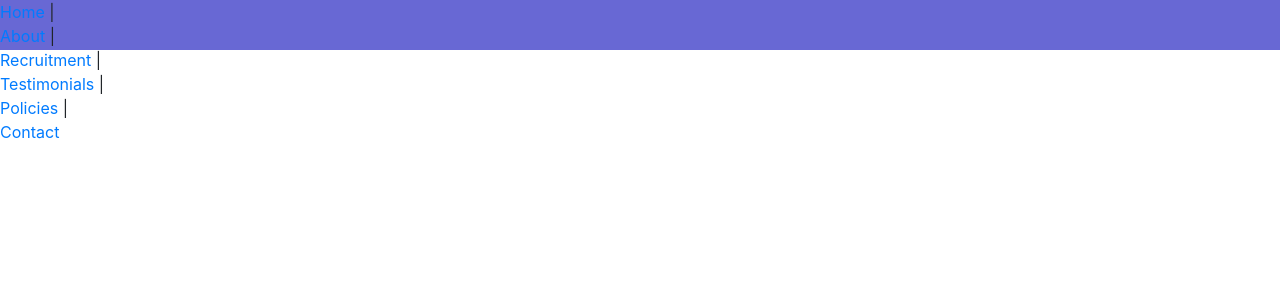
Repository: cerebrium/website
Page: /contact
These files come from the project's save history. The page is drawn as it stood at one moment and after the next save; the edit follows.
The browser window is 1280 px wide. The pictures show the whole page.
The project was rebuilt for these pictures with package versions that can differ from the ones it lists, and the page was loaded fresh each time. Also part of the build but not shown: src/Routes/About.jsx, src/Routes/Recruitment.jsx, src/Routes/Testimonials.jsx, src/Routes/Policies.jsx, src/Routes/Home.jsx.

Above is the page before, as saved 2019-11-02 12:26:02.

### src/App.jsx
import React from 'react';
import './styles/App.css'
import {
  BrowserRouter as Router,
  Route,
  Link
} from 'react-router-dom';
import About from './Routes/About'
import Recruitment from './Routes/Recruitment'
import Testimonials from './Routes/Testimonials'
import Policies from './Routes/Policies'
import Home from './Routes/Home'
import Contact from './Routes/Contact'

class App extends React.Component {
  render () {
    return (
      <Router>
        <div className='mainContainer'>
          <div className='navContainer'>
            <nav><div><Link to='/' >Home</Link> | </div><div><Link to='/about' >About</Link> | </div><div><Link to='/recruitment' >Recruitment</Link> | </div><div><Link to='/testimonials' >Testimonials</Link> | </div><div><Link to='/policies' >Policies</Link> | </div><div><Link to='/contact'>Contact</Link></div></nav>
          </div>
          <Route exact path='/' component={Home}/>
          <Route exact path='/about' component={About}/>
          <Route exact path='/recruitment' component={Recruitment}/>
          <Route exact path='/testimonials' component={Testimonials}/>
          <Route exact path='/policies' component={Policies}/>
          <Route exact path='/contact' component={Contact}/>
        </div>
      </Router>
    )
  }
}

export default App;

### src/styles/App.css

/***************************** MAIN APP STYLING ******************************/

.App {
  text-align: center;
}

.mainContainer {
  min-width: 100vw;
}

.navContainer {
  display: flex;
  flex-flow: row;
  justify-content: center;
  position: fixed; /* Make it stick, even on scroll */
  width: 100%;
  height: 100%;
  margin: 0;
  padding: 0;

}

nav {
  background-color: rgb(104, 104, 212);
  height: 7%; /* Full height */
  width: 100%;
  display: flex;
  flex-flow: row;
  justify-content: center;
}

/***************************** HOME APP STYLING ******************************/
.rowCentering {
  display: flex;
  justify-content: center;
}

h1 {
  background: green;
}

### src/Routes/Contact.jsx
import React from 'react';

class Contact extends React.Component {
    render () {
        return (
            <div className='contactPageMainDiv'>
                <h1>Contact Us!</h1>
            </div>
        )
    }
}

export default Contact;

Loaded but not shown: public/index.html (common file); src/index.js (common file); src/index.css (common file); src/serviceWorker.js (common file)

After the next save:
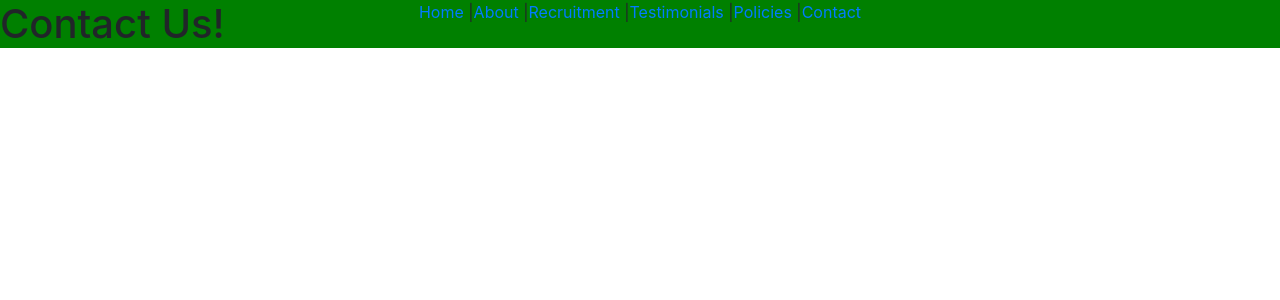
Saved 25 s later.
--- a/src/App.jsx
+++ b/src/App.jsx
@@ -18,7 +18,7 @@
       <Router>
         <div className='mainContainer'>
           <div className='navContainer'>
-            <nav><div><Link to='/' >Home</Link> | </div><div><Link to='/about' >About</Link> | </div><div><Link to='/recruitment' >Recruitment</Link> | </div><div><Link to='/testimonials' >Testimonials</Link> | </div><div><Link to='/policies' >Policies</Link> | </div><div><Link to='/contact'>Contact</Link></div></nav>
+            <div><Link to='/' >Home</Link> | </div><div><Link to='/about' >About</Link> | </div><div><Link to='/recruitment' >Recruitment</Link> | </div><div><Link to='/testimonials' >Testimonials</Link> | </div><div><Link to='/policies' >Policies</Link> | </div><div><Link to='/contact'>Contact</Link></div>
           </div>
           <Route exact path='/' component={Home}/>
           <Route exact path='/about' component={About}/>
